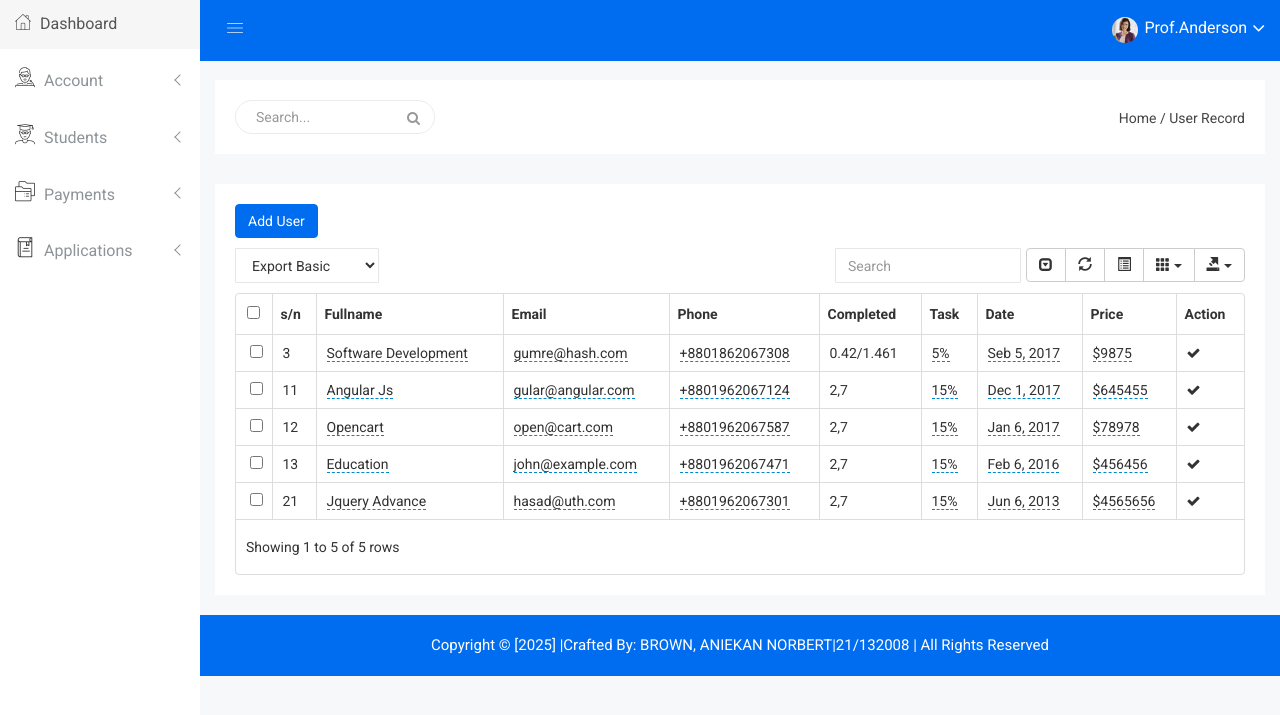
Repository: walterjnr1/crowdfunding-system
Page: http://localhost/Admin/user_record.php
These files come from the project's save history. The page is drawn as it stood at one moment and after a run of saves; the edit follows.
The browser window is 1280 px wide. The pictures show the whole page.
The page is run by PHP 8.4 with error messages shown; the project is at /var/www/html/. Other server files are loaded and not shown.

Above is the page before, as saved 2025-02-20 11:26:39.
Console error (its wording comes from the project's code and is left out).

### Admin/user_record.php
<!doctype html>
<html class="no-js" lang="en">

<head>
<title>User Record  | Kiaalap - Kiaalap Admin Template</title>

    <?php include 'head.php'; ?>
</head>
<body>
    <!--[if lt IE 8]>
		<p class="browserupgrade">You are using an <strong>outdated</strong> browser. Please <a href="http://browsehappy.com/">upgrade your browser</a> to improve your experience.</p>
	<![endif]-->
    <!-- Start Left menu area -->
    <div class="left-sidebar-pro">
        <nav id="sidebar" class="">
            <div class="sidebar-header">
                <a href="index.php"></a>
                <strong><a href="index.php"></a></strong>            </div>
            <div class="left-custom-menu-adp-wrap comment-scrollbar">

                <?php include 'sidebar_main.php'; ?>

            </div>
        </nav>
    </div>
    <!-- End Left menu area -->
    <!-- Start Welcome area -->
    <div class="all-content-wrapper">
        <div class="container-fluid">
            <div class="row">
                <div class="col-lg-12 col-md-12 col-sm-12 col-xs-12">
                    <div class="logo-pro">
                        <a href="index.php"><img class="main-logo" src="img/logo/logo.png" alt="" /></a>
                    </div>
                </div>
            </div>
        </div>
        <div class="header-advance-area">
        <div class="header-top-area">
                <div class="container-fluid">
                    <div class="row">
                        <div class="col-lg-12 col-md-12 col-sm-12 col-xs-12">
                            <div class="header-top-wraper">
                                <?php include 'header.php'; ?>
                            </div>
                        </div>
                    </div>
                </div>
            </div>
            <!-- Mobile Menu start -->
            <div class="mobile-menu-area">
                <div class="container">
                    <div class="row">
                        <div class="col-lg-12 col-md-12 col-sm-12 col-xs-12">
                            <div class="mobile-menu">
                                <?php include 'sidebar_mobile.php'; ?>
                            </div>
                        </div>
                    </div>
                </div>
            </div>
            <!-- Mobile Menu end -->
            <div class="breadcome-area">
                <div class="container-fluid">
                    <div class="row">
                        <div class="col-lg-12 col-md-12 col-sm-12 col-xs-12">
                            <div class="breadcome-list single-page-breadcome">
                                <div class="row">
                                    <div class="col-lg-6 col-md-6 col-sm-6 col-xs-12">
                                        <div class="breadcome-heading">
                                            <form role="search" class="sr-input-func">
                                                <input type="text" placeholder="Search..." class="search-int form-control">
                                                <a href="#"><i class="fa fa-search"></i></a>
                                            </form>
                                        </div>
                                    </div>
                                    <div class="col-lg-6 col-md-6 col-sm-6 col-xs-12">
                                        <ul class="breadcome-menu">
                                            <li><a href="#">Home</a> <span class="bread-slash">/</span>
                                            </li>
                                            <li><span class="bread-blod">User Record</span>
                                            </li>
                                        </ul>
                                    </div>
                                </div>
                            </div>
                        </div>
                    </div>
                </div>
            </div>
        </div>
        <!-- Static Table Start -->
        <div class="data-table-area mg-b-15">
            <div class="container-fluid">
                <div class="row">
                    <div class="col-lg-12 col-md-12 col-sm-12 col-xs-12">
                        <div class="sparkline13-list">
                            <div class="sparkline13-hd">
                                <div class="main-sparkline13-hd">
                                <button onclick="window.location.href='add_user.php';" class="btn btn-primary waves-effect waves-light">Add User</button>

</div>
                            </div>
                            <div class="sparkline13-graph">
                                <div class="datatable-dashv1-list custom-datatable-overright">
                                    <div id="toolbar">
                                        <select class="form-control dt-tb">
											<option value="">Export Basic</option>
											<option value="all">Export All</option>
											<option value="selected">Export Selected</option>
										</select>
                                    </div>
                                    <table id="table" data-toggle="table" data-pagination="true" data-search="true" data-show-columns="true" data-show-pagination-switch="true" data-show-refresh="true" data-key-events="true" data-show-toggle="true" data-resizable="true" data-cookie="true"
                                        data-cookie-id-table="saveId" data-show-export="true" data-click-to-select="true" data-toolbar="#toolbar">
                                        <thead>
                                            <tr>
                                                <th data-field="state" data-checkbox="true"></th>
                                                <th data-field="id">s/n</th>
                                                <th data-field="name" data-editable="true">Fullname</th>
                                                <th data-field="email" data-editable="true">Email</th>
                                                <th data-field="phone" data-editable="true">Phone</th>
                                                <th data-field="complete">Completed</th>
                                                <th data-field="task" data-editable="true">Task</th>
                                                <th data-field="date" data-editable="true">Date</th>
                                                <th data-field="price" data-editable="true">Price</th>
                                                <th data-field="action">Action</th>
                                            </tr>
                                        </thead>
                                        <tbody>

                                            <tr>
                                                <td></td>
                                                <td>3</td>
                                                <td>Software Development</td>
                                                <td>gumre@hash.com</td>
                                                <td>+8801862067308</td>
                                                <td class="datatable-ct"><span class="pie">0.42/1.461</span>
                                                </td>
                                                <td>5%</td>
                                                <td>Seb 5, 2017</td>
                                                <td>$9875</td>
                                                <td class="datatable-ct"><i class="fa fa-check"></i>
                                                </td>
                                            </tr>

                                            <tr>
                                                <td></td>
                                                <td>11</td>
                                                <td>Angular Js</td>
                                                <td>gular@angular.com</td>
                                                <td>+8801962067124</td>
                                                <td class="datatable-ct"><span class="pie">2,7</span>
                                                </td>
                                                <td>15%</td>
                                                <td>Dec 1, 2017</td>
                                                <td>$645455</td>
                                                <td class="datatable-ct"><i class="fa fa-check"></i>
                                                </td>
                                            </tr>
                                            <tr>
                                                <td></td>
                                                <td>12</td>
                                                <td>Opencart</td>
                                                <td>open@cart.com</td>
                                                <td>+8801962067587</td>
                                                <td class="datatable-ct"><span class="pie">2,7</span>
                                                </td>
                                                <td>15%</td>
                                                <td>Jan 6, 2017</td>
                                                <td>$78978</td>
                                                <td class="datatable-ct"><i class="fa fa-check"></i>
                                                </td>
                                            </tr>
                                            <tr>
                                                <td></td>
                                                <td>13</td>
                                                <td>Education</td>
                                                <td>john@example.com</td>
                                                <td>+8801962067471</td>
                                                <td class="datatable-ct"><span class="pie">2,7</span>
                                                </td>
                                                <td>15%</td>
                                                <td>Feb 6, 2016</td>
                                                <td>$456456</td>
                                                <td class="datatable-ct"><i class="fa fa-check"></i>
                                                </td>
                                            </tr>
                                             <tr>
                                                <td></td>
                                                <td>21</td>
                                                <td>Jquery Advance</td>
                                                <td>hasad@uth.com</td>
                                                <td>+8801962067301</td>
                                                <td class="datatable-ct"><span class="pie">2,7</span>
                                                </td>
                                                <td>15%</td>
                                                <td>Jun 6, 2013</td>
                                                <td>$4565656</td>
                                                <td class="datatable-ct"><i class="fa fa-check"></i>
                                                </td>
                                            </tr>
                                        </tbody>
                                    </table>
                                </div>
                            </div>
                        </div>
                    </div>
                </div>
            </div>
        </div>

        <?php include('../inc/footer_admin.php'); ?>

</div>

<?php include('bottom_script.php'); ?>
</body>

</html>

### Admin/sidebar_main.php
<nav class="sidebar-nav left-sidebar-menu-pro">
                    <ul class="metismenu" id="menu1">
                    <li class="active">
                            <a title="Home Page" href="#" aria-expanded="false"><span class="educate-icon educate-home icon-wrap sub-icon-mg" aria-hidden="true"></span> <span class="mini-click-non">Dashboard</span></a>
                         </li>

                        <li>
                            <a class="has-arrow" href="#" aria-expanded="false"><span class="educate-icon educate-professor icon-wrap"></span> <span class="mini-click-non">Account</span></a>
                            <ul class="submenu-angle" aria-expanded="false">
                                <li><a title="Add User" href="add_user.php"><span class="mini-sub-pro">Add User</span></a></li>
                                <li><a title="User Record" href="user_record.php"><span class="mini-sub-pro">All User</span></a></li>
                            </ul>
                        </li>
                        <li>
                            <a class="has-arrow" href="#" aria-expanded="false"><span class="educate-icon educate-student icon-wrap"></span> <span class="mini-click-non">Students</span></a>
                            <ul class="submenu-angle" aria-expanded="false">
                                <li><a title="Add Students" href="add_student.php"><span class="mini-sub-pro">Add Student</span></a></li>
                                <li><a title="Edit Students" href="edit_student.php"><span class="mini-sub-pro">Edit Student</span></a></li>
                                <li><a title="Students Record" href="student_record.php"><span class="mini-sub-pro">All Student</span></a></li>
                            </ul>
                        </li>
                        <li>
                            <a class="has-arrow" href="#" aria-expanded="false"><span class="educate-icon educate-course icon-wrap"></span> <span class="mini-click-non">Payments</span></a>
                            <ul class="submenu-angle" aria-expanded="false">
                                <li><a title="All Payment" href="payment_record.php"><span class="mini-sub-pro">All Payment</span></a></li>
                            </ul>
                        </li>
                        <li>
                            <a class="has-arrow" href="#" aria-expanded="false"><span class="educate-icon educate-library icon-wrap"></span> <span class="mini-click-non">Applications</span></a>
                            <ul class="submenu-angle" aria-expanded="false">
                                <li><a title="All Application" href="application_record.php"><span class="mini-sub-pro">All Application</span></a></li>

                            </ul>
                        </li>


                    </ul>
                </nav>

### Admin/header.php
<div class="row">
                                    <div class="col-lg-1 col-md-0 col-sm-1 col-xs-12">
                                        <div class="menu-switcher-pro">
                                            <button type="button" id="sidebarCollapse" class="btn bar-button-pro header-drl-controller-btn btn-info navbar-btn">
													<i class="educate-icon educate-nav"></i>
												</button>
                                        </div>
                                    </div>
                                    <div class="col-lg-6 col-md-7 col-sm-6 col-xs-12">
                                        <div class="header-top-menu tabl-d-n">

                                        </div>
                                    </div>
                                    <div class="col-lg-5 col-md-5 col-sm-12 col-xs-12">
                                        <div class="header-right-info">
                                            <ul class="nav navbar-nav mai-top-nav header-right-menu">


                                                <li class="nav-item">
                                                    <a href="#" data-toggle="dropdown" role="button" aria-expanded="false" class="nav-link dropdown-toggle">
															<img src="img/product/pro4.jpg" alt="" />
															<span class="admin-name">Prof.Anderson</span>
															<i class="fa fa-angle-down edu-icon edu-down-arrow"></i>
														</a>
                                                    <ul role="menu" class="dropdown-header-top author-log dropdown-menu animated zoomIn">

                                                        <li><a href="#"><span class="edu-icon edu-user-rounded author-log-ic"></span>My Profile</a>
                                                        </li>
                                                        <li><a href="#"><span class="edu-icon edu-money author-log-ic"></span>Change Password</a>
                                                        </li>
                                                        </li>
                                                        <li><a href="#"><span class="edu-icon edu-locked author-log-ic"></span>Log Out</a>
                                                        </li>
                                                    </ul>
                                                </li>


                                                </li>
                                            </ul>
                                        </div>
                                    </div>
                                </div>

### inc/footer_Admin.php
<div class="footer-copyright-area">
            <div class="container-fluid">
                <div class="row">
                    <div class="col-lg-12">
                        <div class="footer-copy-right">
                            <p>Copyright &copy; [<?php echo date("Y")?>] |Crafted By: BROWN, ANIEKAN NORBERT|21/132008 | All Rights Reserved</p>
                        </div>
                    </div>
                </div>
            </div>
        </div>

### Admin/css/educate-custon-icon.css
@font-face {
  font-family: 'educate-icon';
  src:
    url('fonts/educate-icon.ttf?kufm5h') format('truetype'),
    url('fonts/educate-icon.woff?kufm5h') format('woff'),
    url('fonts/educate-icon.svg?kufm5h#educate-icon') format('svg');
  font-weight: normal;
  font-style: normal;
}

.educate-icon {
  /* use !important to prevent issues with browser extensions that change fonts */
  font-family: 'educate-icon' !important;
  speak: none;
  font-style: normal;
  font-weight: normal;
  font-variant: normal;
  text-transform: none;
  line-height: 1;

  /* Better Font Rendering =========== */
  -webkit-font-smoothing: antialiased;
  -moz-osx-font-smoothing: grayscale;
}

.educate-danger:before {
  content: "\e91b";
}
.educate-info:before {
  content: "\e91c";
}
.educate-warning:before {
  content: "\e91d";
}
.educate-star:before {
  content: "\e919";
}
.educate-star-half:before {
  content: "\e91a";
}
.educate-apps:before {
  content: "\e900";
}
.educate-bell:before {
  content: "\e901";
}
.educate-charts:before {
  content: "\e902";
}
.educate-checked:before {
  content: "\e903";
}
.educate-cloud:before {
  content: "\e904";
}
.educate-comment:before {
  content: "\e905";
}
.educate-course:before {
  content: "\e906";
}
.educate-data-table:before {
  content: "\e907";
}
.educate-department:before {
  content: "\e908";
}
.educate-event:before {
  content: "\e909";
}
.educate-form:before {
  content: "\e90a";
}
.educate-home:before {
  content: "\e90b";
}
.educate-interface:before {
  content: "\e90c";
}
.educate-landing:before {
  content: "\e90d";
}
.educate-library:before {
  content: "\e90e";
}
.educate-menu:before {
  content: "\e90f";
}
.educate-message:before {
  content: "\e910";
}
.educate-miscellanous:before {
  content: "\e911";
}
.educate-nav:before {
  content: "\e912";
}
.educate-pages:before {
  content: "\e913";
}
.educate-professor:before {
  content: "\e914";
}
.educate-project:before {
  content: "\e915";
}
.educate-search:before {
  content: "\e916";
}
.educate-settings:before {
  content: "\e917";
}
.educate-student:before {
  content: "\e918";
}
.educate-price-tag:before {
  content: "\e935";
}
.educate-price-tags:before {
  content: "\e936";
}

### Admin/css/metisMenu/metisMenu-vertical.css
.sidebar-nav {
    background: #fff;
}
.sidebar-nav ul {
    padding: 0;
    margin: 0;
    list-style: none;
    background: #f5f5f5;
}
.sidebar-nav .metismenu {
    background: #fff;
    display: -webkit-box;
    display: -ms-flexbox;
    display: flex;
    -webkit-box-orient: vertical;
    -webkit-box-direction: normal;
    -ms-flex-direction: column;
    flex-direction: column;
}
.sidebar-nav .metismenu li + li {
  margin-top: 5px;
}
.sidebar-nav .metismenu li:last-child {
  margin-bottom: 5px;
}
.sidebar-nav .metismenu > li {
/*    -webkit-box-flex: 1;
    -ms-flex: 1 1 0%;
    flex: 1 1 0%;*/
    display: -webkit-box;
    display: -ms-flexbox;
    display: flex;
    -webkit-box-orient: vertical;
    -webkit-box-direction: normal;
    -ms-flex-direction: column;
    flex-direction: column;
    position: relative;
}
.sidebar-nav .metismenu a {
    position: relative;
    display: block;
    padding: 13px 15px;
    color: #444;
    outline-width: 0;
    transition: all .3s ease-out;
	font-size:16px;
	font-weight:400;
}

.sidebar-nav .metismenu ul a {
    padding: 10px 15px 10px 40px;
}

.sidebar-nav .metismenu ul ul a {
    padding: 10px 15px 10px 45px;
}
.sidebar-nav .metismenu a:hover,
.sidebar-nav .metismenu a:focus,
.sidebar-nav .metismenu a:active {
    color: #555;
    text-decoration: none;
    background: #e12503;
}
.sidebar-nav .metismenu li .icon-wrap{
	margin-right:5px;
	font-size:20px;
	color:#303030;
}
.sidebar-nav .metismenu li .sub-icon-mg{
	margin-right:5px;
	font-size:16px;
}
#sidebar.active .metismenu li .mini-click-non{
	display:none;
}
#sidebar.active .metismenu li .has-arrow:after{
	display:none;
}
#sidebar.active .metismenu li .submenu-angle li a {
    padding: 10px 20px 10px 20px;
}

Loaded but not shown: Admin/css/bootstrap.min.css (library); Admin/css/font-awesome.min.css (library); Admin/css/owl.carousel.css (common file); Admin/css/owl.theme.css (common file); Admin/css/owl.transitions.css (library); Admin/css/animate.css (library); Admin/css/normalize.css (library); Admin/css/meanmenu.min.css (common file); Admin/css/morrisjs/morris.css (common file); Admin/css/scrollbar/jquery.mCustomScrollbar.min.css (library); Admin/css/metisMenu/metisMenu.min.css (common file); Admin/css/calendar/fullcalendar.min.css (library); Admin/css/calendar/fullcalendar.print.min.css (common file); Admin/css/editor/select2.css (common file); Admin/css/editor/bootstrap-editable.css (library); Admin/css/data-table/bootstrap-table.css (library); Admin/css/data-table/bootstrap-editable.css (library); Admin/js/bootstrap.min.js (library); Admin/js/wow.min.js (library); Admin/js/jquery-price-slider.js (library); Admin/js/jquery.meanmenu.js (library); Admin/js/owl.carousel.min.js (library); Admin/js/jquery.sticky.js (library); Admin/js/jquery.scrollUp.min.js (common file); Admin/js/counterup/jquery.counterup.min.js (common file); Admin/js/counterup/waypoints.min.js (library); Admin/js/counterup/counterup-active.js (common file); Admin/js/scrollbar/jquery.mCustomScrollbar.concat.min.js (library); Admin/js/metisMenu/metisMenu.min.js (library); Admin/js/metisMenu/metisMenu-active.js (common file); Admin/js/morrisjs/raphael-min.js (library); Admin/js/sparkline/jquery.sparkline.min.js (library); Admin/js/sparkline/jquery.charts-sparkline.js (library); Admin/js/data-table/bootstrap-table.js (library); Admin/js/data-table/data-table-active.js (common file); Admin/js/data-table/bootstrap-table-editable.js (library); Admin/js/data-table/bootstrap-editable.js (library); Admin/js/data-table/bootstrap-table-resizable.js (common file); Admin/js/data-table/bootstrap-table-export.js (library); Admin/js/data-table/tableExport.js (2097 lines, source omitted); Admin/js/morrisjs/morris.js (1892 lines, source omitted); Admin/js/data-table/colResizable-1.5.source.js (366 lines, source omitted); Admin/js/sparkline/sparkline-active.js (146 lines, source omitted); Admin/js/main.js (100 lines, source omitted); Admin/js/morrisjs/morris-active.js (109 lines, source omitted); Admin/js/scrollbar/mCustomScrollbar-active.js (58 lines, source omitted); Admin/js/plugins.js (24 lines, source omitted); Admin/style.css (4721 lines, source omitted); Admin/css/responsive.css (755 lines, source omitted); Admin/sidebar_mobile.php (174 lines, source omitted); Admin/css/editor/datetimepicker.css (366 lines, source omitted); Admin/css/main.css (280 lines, source omitted); Admin/css/editor/x-editor-style.css (106 lines, source omitted); Admin/head.php (61 lines, source omitted); Admin/bottom_script.php (64 lines, source omitted)

After the next 2 saves:
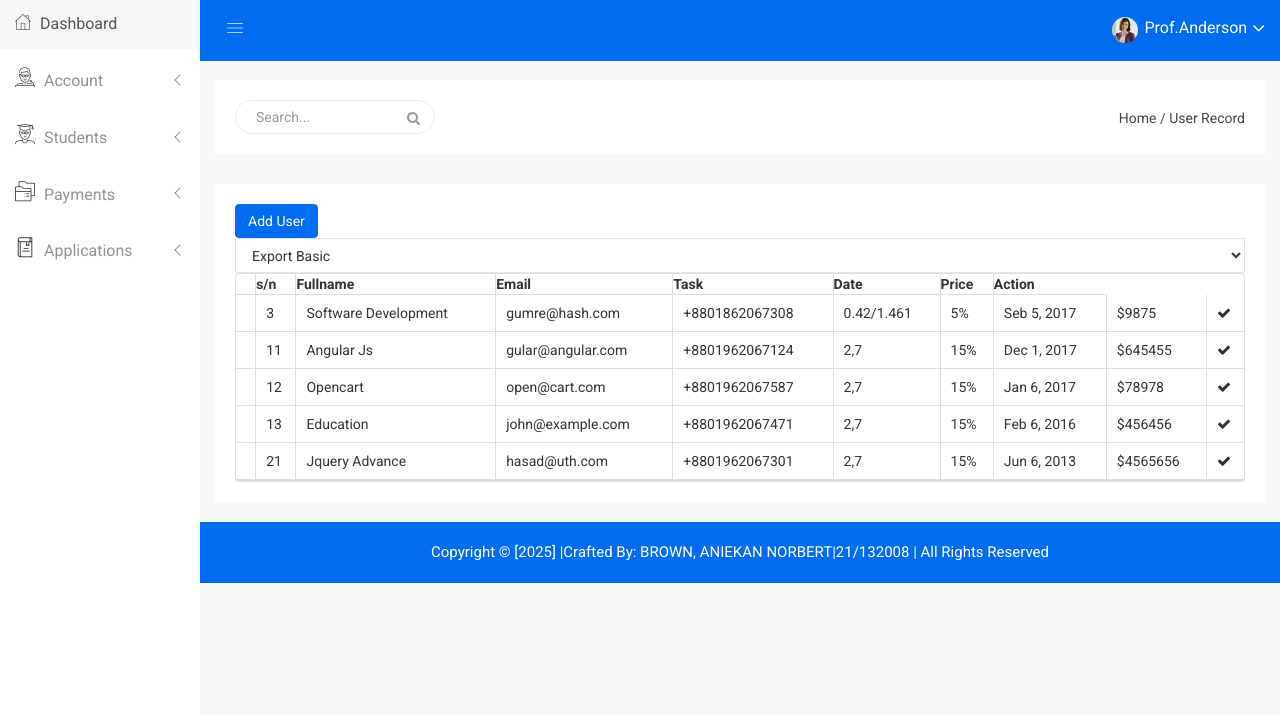
The 2 saves are shown as one change because they came seconds apart.
The last was saved 8 s later.
--- a/Admin/user_record.php
+++ b/Admin/user_record.php
@@ -118,8 +118,6 @@
                                                 <th data-field="id">s/n</th>
                                                 <th data-field="name" data-editable="true">Fullname</th>
                                                 <th data-field="email" data-editable="true">Email</th>
-                                                <th data-field="phone" data-editable="true">Phone</th>
-                                                <th data-field="complete">Completed</th>
                                                 <th data-field="task" data-editable="true">Task</th>
                                                 <th data-field="date" data-editable="true">Date</th>
                                                 <th data-field="price" data-editable="true">Price</th>
